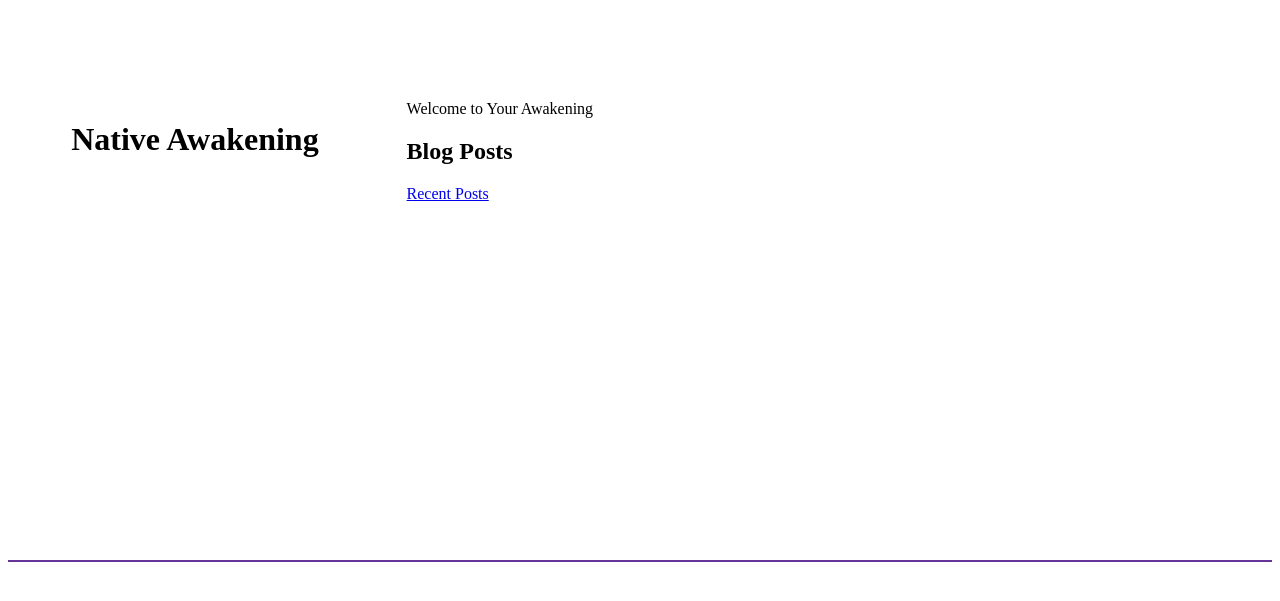
Repository: Gregg-Hendrix/blog-project
Page: index.html
These files come from the project's save history. The page is drawn as it stood at one moment and after a run of saves; the edit follows.
The browser window is 1280 px wide. The pictures show the whole page.

Above is the page before, as saved 2021-03-15 13:43:35.

### index.html
<!DOCTYPE html>
<html lang="en">
    <head>
        <meta charset="utf-8">
        <title>Native Awakenings</title>
        <meta content="width=device-width, initial-scale=1, maximum-scale=1" name="viewport"/>
        <link rel="stylesheet" href="stylesheet.css">

         </head>
    <body>
        <! -- This aligns the items to the top of the screen -->
        <div class="container">
            <header>
                <h1>Native Awakening</h1>
                </header>
            <nav>
            <article>Welcome to Your Awakening</article>
            <sidebar><h1>Blog Posts</h1><a href="meditation.html">Recent Posts</a> </div>
            <div class="content box">
            </div>
            <footer>
        </div>
    </body>
</html>

### stylesheet.css
.header{
    display: flex;
        flex-direction: row;
        justify-content: center;
        border: indigo;
}
.intro{
    display: flex;
        flex-direction: row;
        justify-content: center;
        border: indigo;
}
.container{
    display: grid;
    width: 90%;
    margin: auto;
    margin-top: 100px;
    grid-template-columns: 40px repeat(7 1fr);
    grid-template-rows: 60px 400px 1fr;
    grid-template-areas:
    "hd hd hd hd hd hd hd hd"
    "sd main main main main main main main"
    "ft ft ft ft ft ft ft ft";
}

    .box {
        border: 1px solid rebeccapurple;
        background: #F8FA9D;
    }

    .header{
        grid-area: hd;
    }

    .sidebar{
        grid-area: sd;
    }

    .content{
        grid-area: main;
    }

    .footer{
        grid-area: ft;
    }

After the next 4 saves:
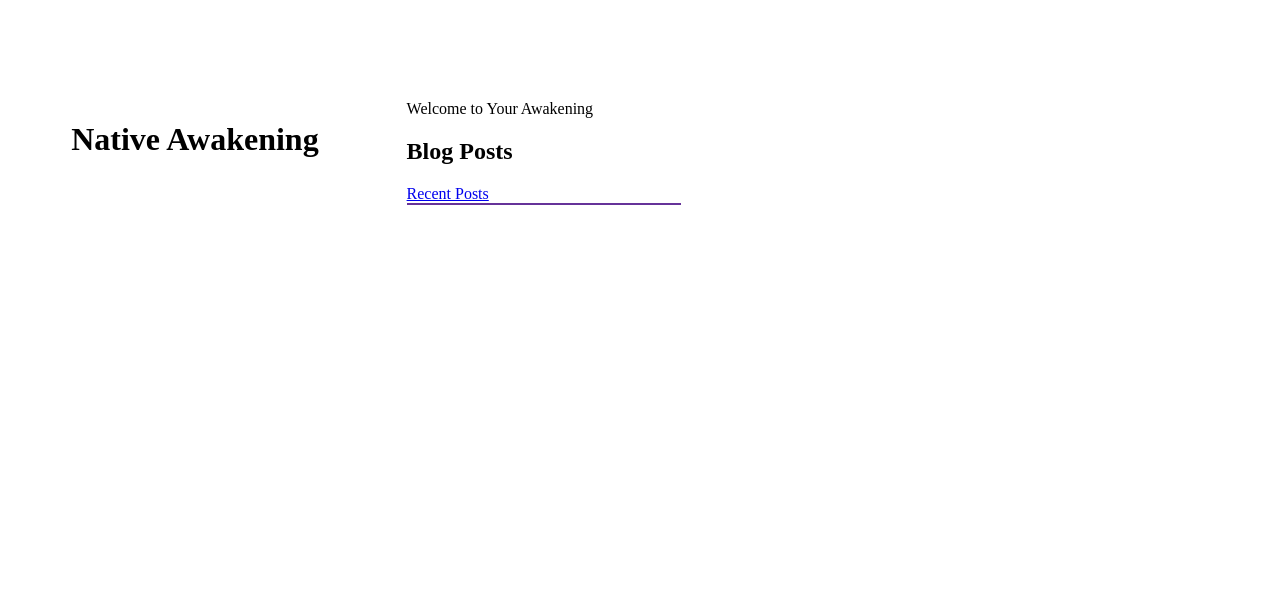
The 4 saves are shown as one change because they came seconds apart.
The last was saved 17 s later.
--- a/index.html
+++ b/index.html
@@ -15,7 +15,7 @@
                 </header>
             <nav>
             <article>Welcome to Your Awakening</article>
-            <sidebar><h1>Blog Posts</h1><a href="meditation.html">Recent Posts</a> </div>
+            <sidebar><h1>Blog Posts</h1><a href="meditation.html">Recent Posts</a></sidebar>
             <div class="content box">
             </div>
             <footer>
